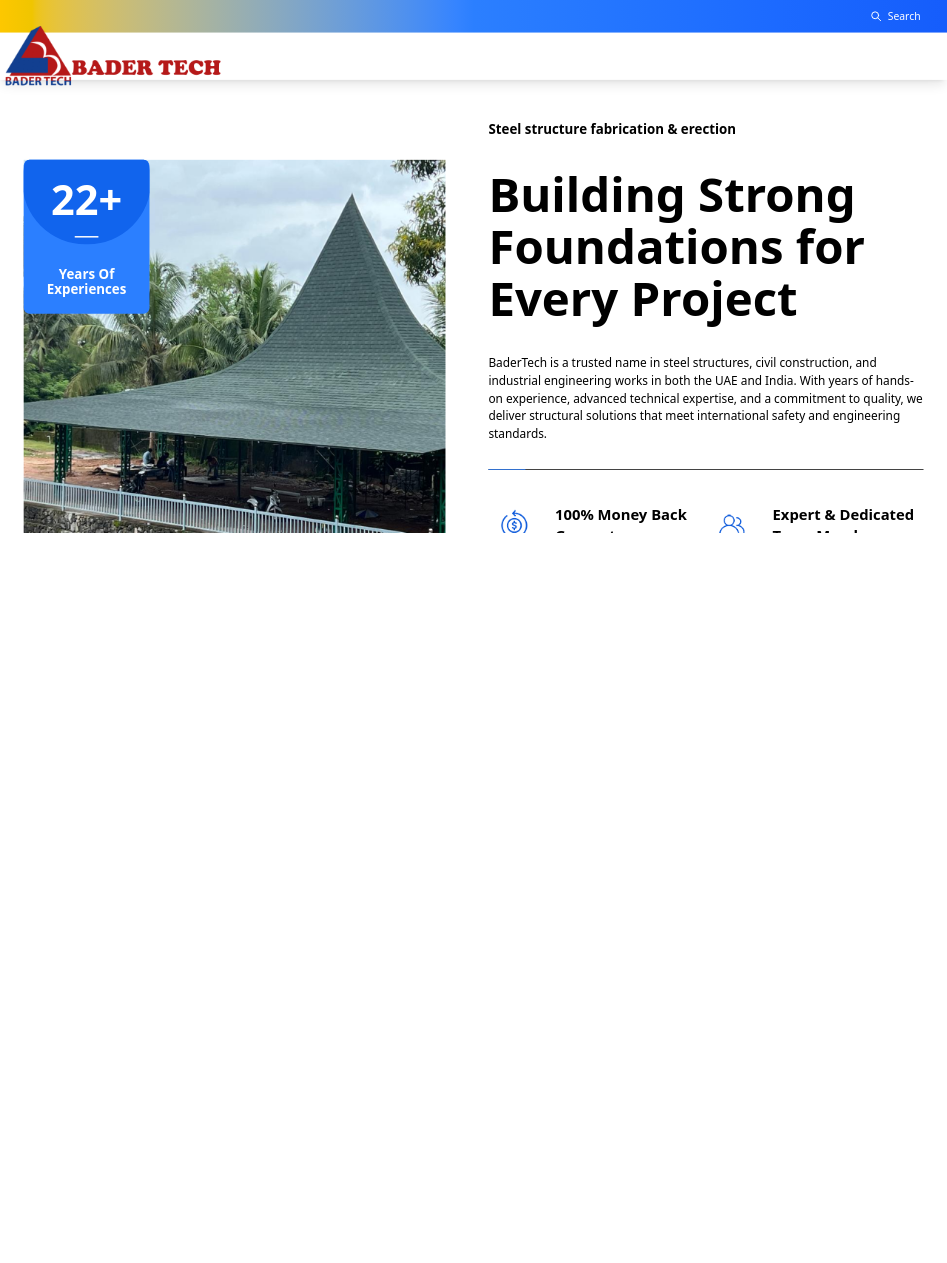
Repository: codenikin/uniquebader
Page: /awards
These files come from the project's save history. The page is drawn as it stood at one moment and after the next save; the edit follows.
The browser window is 1280 px wide. The pictures show the whole page, at 74% of full size.
The project was rebuilt for these pictures with package versions that can differ from the ones it lists, and the page was loaded fresh each time. The framework's server and built-in components were replaced by stand-ins that run in the browser. Also part of the build but not shown: next.config.mjs.

Above is the page before, as saved 2025-11-30 13:21:03.

### src/app/(frontend)/layout.tsx
import React from 'react'
// @ts-ignore: allow side-effect CSS import without type declarations
import './styles.css'
import { Providers } from '@/providers'
import { HeaderClient } from '../Header/component'

export const metadata = {
  description: 'A blank template using Payload in a Next.js app.',
  title: 'Payload Blank Template',
}

export default async function RootLayout(props: { children: React.ReactNode }) {
  const { children } = props

  return (
    <html lang="en">
      <body>
        <HeaderClient />
        <div id="smooth-wrapper">
          <div id="smooth-content">
            <Providers>{children}</Providers>
          </div>
        </div>
      </body>
    </html>
  )
}

### src/app/(frontend)/awards/page.tsx
import { Certificate } from '@/components/Certificate'
import Certificates from '@/components/CertificateZoom'
import FeatureSection from '@/components/FeatureSection'
export const dynamic = 'force-dynamic'
export default async function AwardPage() {
  return (
    <>
      <FeatureSection />
      <Certificate />
    </>
  )
}

### src/app/(frontend)/styles.css
@import 'tailwindcss';

.codenik {
  padding: 20px;
  position: relative;
  min-height: 100vh;
}
.unique {
  padding: 20px;
  position: relative;
  min-height: 100vh;
}
html,
body,
#app {
  height: 100%;
}

img {
  max-width: 100%;
  height: auto;
  display: block;
}

h1 {
  margin: 40px 0;
  font-size: 64px;
  line-height: 70px;
  font-weight: bold;

  @media (max-width: 1024px) {
    margin: 24px 0;
    font-size: 42px;
    line-height: 42px;
  }

  @media (max-width: 768px) {
    font-size: 38px;
    line-height: 38px;
  }

  @media (max-width: 400px) {
    font-size: 32px;
    line-height: 32px;
  }
}

p {
  margin: 24px 0;

  @media (max-width: 1024px) {
    margin: calc(var(--base) * 0.75) 0;
  }
}

a {
  color: currentColor;

  &:focus {
    opacity: 0.8;
    outline: none;
  }

  &:active {
    opacity: 0.7;
    outline: none;
  }
}

svg {
  vertical-align: middle;
}

.home {
  display: flex;
  flex-direction: column;
  justify-content: space-between;
  align-items: center;
  height: 100vh;
  padding: 45px;
  max-width: 1024px;
  margin: 0 auto;
  overflow: hidden;

  @media (max-width: 400px) {
    padding: 24px;
  }

  .content {
    display: flex;
    flex-direction: column;
    align-items: center;
    justify-content: center;
    flex-grow: 1;

    h1 {
      text-align: center;
    }
  }

  .links {
    display: flex;
    align-items: center;
    gap: 12px;

    a {
      text-decoration: none;
      padding: 0.25rem 0.5rem;
      border-radius: 4px;
    }

    .admin {
      color: rgb(0, 0, 0);
      background: rgb(1000, 1000, 1000);
      border: 1px solid rgb(0, 0, 0);
    }

    .docs {
      color: rgb(1000, 1000, 1000);
      background: rgb(0, 0, 0);
      border: 1px solid rgb(1000, 1000, 1000);
    }
  }

  .footer {
    display: flex;
    align-items: center;
    gap: 8px;

    @media (max-width: 1024px) {
      flex-direction: column;
      gap: 6px;
    }

    p {
      margin: 0;
    }

    .codeLink {
      text-decoration: none;
      padding: 0 0.5rem;
      background: rgb(60, 60, 60);
      border-radius: 4px;
    }
  }
}

### src/providers/index.tsx
import React from 'react'
import { ThemeLayoutAnimation } from './ThemeLayoutAnimation'

export const Providers: React.FC<{
  children: React.ReactNode
}> = ({ children }) => {
  return <ThemeLayoutAnimation>{children}</ThemeLayoutAnimation>
}

### src/app/Header/component.tsx
'use client'

export const HeaderClient: React.FC = () => {
  return (
    <header className="fixed top-0 left-0 right-0 w-full z-50 bg-white dark:bg-gray-900 shadow-lg transition-transform duration-300">
      <div className="w-full bg-linear-to-r from-yellow-400 via-blue-500 to-blue-600 text-white py-2">
        <div className="max-w-7xl mx-auto px-4 sm:px-6 lg:px-8 flex justify-end items-center space-x-4">
          <button
            id="search-trigger"
            className="p-1 hover:text-gray-200 transition-colors flex items-center space-x-2"
          >
            <svg className="w-4 h-4" fill="none" stroke="currentColor" viewBox="0 0 24 24">
              <path
                strokeLinecap="round"
                strokeLinejoin="round"
                strokeWidth="2"
                d="M21 21l-6-6m2-5a7 7 0 11-14 0 7 7 0 0114 0z"
              />
            </svg>
            <span className="text-sm">Search</span>
          </button>
        </div>
      </div>
      <div className="max-w-7xl mx-auto px-4 sm:px-6 lg:px-8">
        <div className="flex justify-between h-16">
          <a href="/" className="flex items-center -ml-4 sm:-ml-6 lg:-ml-8">
            <img src="/LOGOBADER-1.png" alt="Company Logo" className="h-6 w-auto sm:h-10" />
          </a>
        </div>
      </div>
    </header>
  )
}

### src/components/Certificate.tsx
'use client'
import { useState } from 'react'

const certificate = [
  {
    title: 'Transportation',
    description:
      'Our transportation solutions help cities and companies improve safety, reduce congestion, and provide better services to their customers.',
    image: '/certificate/4-1.jpg',
    link: '/transportation',
  },
  {
    title: 'Critical Infrastructure',
    description:
      'Our solutions help protect critical infrastructure from cyber attacks and other threats, ensuring that essential services are always available.',
    image: '/certificate/5-1.jpg',
    link: '/Critical-Infrastructure/critical-infrastructure',
  },
  {
    title: 'Traffic',
    description:
      'Our traffic management solutions help reduce congestion, improve safety, and make transportation more efficient for everyone.',
    image: '/certificate/6.jpg',
    link: '/Traffic/traffic',
  },
]

export const Certificate: React.FC = (props) => {
  const [zoomedImage, setZoomedImage] = useState<string | null>(null)

  return (
    <section className="py-2 px-4 bg-white mt-32">
      <div className="max-w-7xl mx-auto">
        <h2 className="text-5xl font-anton text-center text-gray-900 mb-16 animate-fade-in relative">
          Our Certificates
          <span className="block w-24 h-1 bg-linear-to-r from-purple-500 to-pink-500 mx-auto mt-4"></span>
        </h2>

        <div className="grid grid-cols-1 md:grid-cols-2 lg:grid-cols-3 gap-10 mt-32 mb-32">
          {certificate.map((solution, index) => (
            <div
              key={index}
              className="group relative overflow-hidden rounded-xl shadow-2xl transform transition-all duration-500 hover:scale-105 hover:shadow-purple-500/25 cursor-pointer"
              onClick={() => setZoomedImage(solution.image)}
            >
              <div className="relative h-[600px] sm:h-[450px] w-full  rounded-b-2xl">
                <img
                  src={solution.image}
                  alt={solution.title}
                  className="w-full h-full object-contain transition-transform duration-700 group-hover:scale-102"
                />
                <div className="absolute inset-0 bg-blue-500 transparent opacity-5 group-hover:opacity-50 transition-opacity duration-500"></div>
              </div>
            </div>
          ))}
        </div>
      </div>

      {/* Zoom Modal */}
      {zoomedImage && (
        <div
          className="fixed inset-0 bg-black bg-opacity-75 flex items-center justify-center z-50 p-4"
          onClick={() => setZoomedImage(null)}
        >
          <div className="relative max-w-4xl max-h-[90vh] flex items-center justify-center">
            <img
              src={zoomedImage}
              alt="Zoomed certificate"
              className="max-w-full max-h-screen object-contain"
              onClick={(e) => e.stopPropagation()}
            />
            <button
              onClick={() => setZoomedImage(null)}
              className="absolute top-4 right-4 bg-white text-black rounded-full w-10 h-10 flex items-center justify-center text-2xl hover:bg-gray-200 transition"
            >
              ✕
            </button>
          </div>
        </div>
      )}
    </section>
  )
}

### src/components/FeatureSection.tsx
'use client'
import Link from 'next/link'
import aboutIcon from '/images/about-icon1.png'
import aboutIcon2 from '/images/about-icon2.png'
import aboutIcon3 from '/images/about-icon3.png'
import aboutIcon4 from '/images/about-icon4.png'
import aboutShape from '/images/about-shape.png'
import aboutShape2 from '/images/about-shape2.png'

import CountUp from 'react-countup'
import { GoArrowRight } from 'react-icons/go'

const FeatureSection = () => {
  return (
    <section className="mt-32 bg-BodyBg-0 bg-no-repeat bg-center bg-cover relative p-8">
      <div className="Container max-w-7xl mx-auto">
        <div className="grid grid-cols-1 lg:grid-cols-2 gap-10 md:gap-[92px] lg:gap-10 2xl:gap-[92px] items-center">
          <div className="relative z-10">
            <img src="/bader.png" draggable="false" />
            <div className="absolute top-0 left-0">
              <div className="bg-blue-500 pb-6 pt-5 flex flex-col justify-between overflow-hidden rounded-lg h-[117px] sm:h-[208px] lg:h-[180px] xl:h-[208px] w-[92px] sm:w-[170px] lg:w-[140px] xl:w-[170px] items-center text-center relative z-10 before:absolute before:top-1/2 before:-translate-y-1/2 before:left-1/2 before:-translate-x-1/2 before:w-0 sm:before:w-8 before:h-[2px] before:bg-white after:absolute after:-top-14 after:-left-[2px] after:w-0 sm:after:w-[174px] after:h-[170px] after:bg-[#1164ED] after:-z-10 after:rounded-full">
                <CountUp
                  start={-9}
                  end={22}
                  suffix="+"
                  className="text-3xl sm:text-[56px] font-Rajdhani font-bold text-white"
                />
                <h6 className="font-Rajdhani text-sm leading-4 sm:text-lg sm:leading-5 font-semibold text-white">
                  Years Of <br /> Experiences
                </h6>
              </div>
            </div>
            <img
              src="/about-shape.png"
              draggable="false"
              className="absolute bottom-6 right-10 -z-10 animate-movebtn hidden sm:block"
            />
          </div>
          <div className="relative">
            <h5 className="font-Rajdhani text-lg font-semibold text-PrimaryColor-0">
              Steel structure fabrication & erection
            </h5>
            <h1 className="font-Rajdhani font-bold text-xl leading-7 sm:text-[34px] sm:leading-[44px] md:text-[44px] md:leading-[54px] lg:text-[30px] lg:leading-[40px] xl:text-[36px] xl:leading-[46px] 2xl:text-[42px] 2xl:leading-[52px] text-HeadingColor-0 mt-[18px] mb-3">
              Building Strong <br />
              Foundations for Every Project
            </h1>
            <p className="font-Nunito text-TextColor2-0 pb-9 border-b border-BorderColor2-0 relative before:absolute before:left-0 before:-bottom-px before:w-[50px] before:h-px before:bg-blue-500 animate-dance4">
              BaderTech is a trusted name in steel structures, civil construction, and industrial
              engineering works in both the UAE and India. With years of hands-on experience,
              advanced technical expertise, and a commitment to quality, we deliver structural
              solutions that meet international safety and engineering standards.
            </p>
            <div className="grid grid-cols-1 sm:grid-cols-2 gap-y-[30px] my-10">
              <div className="flex gap-5 items-center">
                <div className="w-[70px] h-[70px] rounded bg-white flex justify-center items-center">
                  <img src="/about-icon1.png" draggable="false" />
                </div>
                <div className="flex-1">
                  <h5 className="font-Rajdhani font-semibold text-[22px] lg:text-base xl:text-xl 2xl:text-[22px] text-HeadingColor-0">
                    100% Money Back Gaurentee
                  </h5>
                </div>
              </div>
              <div className="flex gap-5 items-center">
                <div className="w-[70px] h-[70px] rounded bg-white flex justify-center items-center">
                  <img src="about-icon2.png" draggable="false" />
                </div>
                <div className="flex-1">
                  <h5 className="font-Rajdhani font-semibold text-[22px] lg:text-base xl:text-xl 2xl:text-[22px] text-HeadingColor-0">
                    Expert & Dedicated Team Members
                  </h5>
                </div>
              </div>
              <div className="flex gap-5 items-center">
                <div className="w-[70px] h-[70px] rounded bg-white flex justify-center items-center">
                  <img src="about-icon3.png" draggable="false" />
                </div>
                <div className="flex-1">
                  <h5 className="font-Rajdhani font-semibold text-[22px] lg:text-base xl:text-xl 2xl:text-[22px] text-HeadingColor-0">
                    24/7 Free Tehcnical Supports
                  </h5>
                </div>
              </div>
              <div className="flex gap-5 items-center">
                <div className="w-[70px] h-[70px] rounded bg-white flex justify-center items-center">
                  <img src="about-icon4.png" draggable="false" />
                </div>
                <div className="flex-1">
                  <h5 className="font-Rajdhani font-semibold text-[22px] lg:text-base xl:text-xl 2xl:text-[22px] text-HeadingColor-0">
                    100% Customers Satisfaction
                  </h5>
                </div>
              </div>
            </div>
            {/* <Link href={'/about'}>
              <button className="primary-btn">
                {`Discover More`}
                <GoArrowRight size={'22'} />
              </button>
            </Link>
            <img
              src="/about-shape2.png"
              draggable="false"
              className="absolute bottom-0 left-1/2 animate-swing hidden sm:block"
            /> */}
          </div>
        </div>
      </div>
    </section>
  )
}

export default FeatureSection

### src/providers/ThemeLayoutAnimation/index.tsx
'use client'
import { useEffect, useState, createContext } from 'react'
import { usePathname } from 'next/navigation'
import { ScrollAnimation } from '@/common/scrollAnimation'
import type { ThemeLayoutAnimationContextType } from './types'

const initialContext: ThemeLayoutAnimationContextType = {
  setSettings: () => null,
  settings: undefined,
}

const BasicContext = createContext(initialContext)
export const ThemeLayoutAnimation = ({ children }: { children: React.ReactNode }) => {
  const router = usePathname()
  const [settings, setSettings] = useState(null)

  useEffect(() => {
    const timeout = setTimeout(() => {
      ScrollAnimation()
    }, 100)

    return () => clearTimeout(timeout)
  }, [])

  useEffect(() => {
    ScrollAnimation()
  }, [router])

  return (
    <>
      <BasicContext value={{ setSettings, settings }}>{children}</BasicContext>
    </>
  )
}

### src/common/scrollAnimation.js
import { gsap } from 'gsap'
import ScrollTrigger from 'gsap/ScrollTrigger'
import ScrollSmoother from 'gsap/ScrollSmoother'
import ScrollToPlugin from 'gsap/ScrollToPlugin'

export const ScrollAnimation = () => {
  gsap.registerPlugin(ScrollTrigger, ScrollSmoother, ScrollToPlugin)

  ScrollSmoother.create({
    smooth: 1,
    effects: true,
    smoothTouch: 0.1,
  })

  const codenikSection = document.querySelector('.codenik')
  if (codenikSection) {
    let animatedBg = document.getElementById('codenik-animated-bg')
    if (!animatedBg) {
      animatedBg = document.createElement('div')
      animatedBg.id = 'codenik-animated-bg'
      animatedBg.style.cssText = `
      position: absolute;
      top: 0;
      left: 0;
      width: 100%;
      height: 100%;
      background: linear-gradient(45deg,rgba(21, 19, 19, 255) 0%,rgba(21, 19, 19, 255) 100%);
      z-index: -1;
      clip-path: polygon(100% 0%, 100% 0%, 100% 100%, 150% 100%);
    `
      codenikSection.appendChild(animatedBg)
    }

    // Setup container
    codenikSection.style.position = 'relative'
    codenikSection.style.minHeight = '100vh'
    codenikSection.style.backgroundColor = 'transparent'

    // Select all text elements
    const textElements = codenikSection.querySelectorAll('h1, h2, h3, h4, h5, h6, p, span, a, div')

    // Add transition to text elements
    textElements.forEach((el) => {
      if (el instanceof HTMLElement) {
        el.style.transition = 'color 0.2s ease'
        el.style.color = '#191717ff' // Initial color
      }
    })

    gsap.registerPlugin(ScrollTrigger)

    const tl = gsap.timeline({
      scrollTrigger: {
        trigger: codenikSection,
        start: 'top center',
        end: 'top top',
        scrub: 1,
        markers: false,
        onUpdate: (self) => {
          // Get the current position of the dark background
          const bgRect = animatedBg.getBoundingClientRect()
          const bgLeftEdge = bgRect.left

          // Check each text element against the background position
          textElements.forEach((el) => {
            if (el instanceof HTMLElement) {
              const elementRect = el.getBoundingClientRect()
              const elementCenter = elementRect.left + elementRect.width / 2

              // If background has passed over this element
              if (elementCenter > bgLeftEdge) {
                gsap.to(el, {
                  color: '#000000',
                  duration: 0.2,
                })
              } else {
                gsap.to(el, {
                  color: '#000000',
                  duration: 0.2,
                })
              }
            }
          })
        },
      },
    })
    tl.to('#codenik-animated-bg', {
      clipPath: 'polygon(-100% 0%, 100% 0%, 100% 100%, -25% 100%)',
      duration: 1,
      ease: 'none',
    })
  }
  const aboutSection = document.querySelector('.unique')
  if (aboutSection) {
    // Set initial styles
    aboutSection.style.position = 'relative'
    aboutSection.style.minHeight = '100vh'
    aboutSection.style.background = 'linear-gradient(45deg,rgb(21, 19, 19) 0%,rgb(20, 26, 20) 100%)'

    const textElements = aboutSection.querySelectorAll(
      'p, h2,h3, .unique-text, .unique-text-sm, .unique-text-md, a',
    )

    // Set initial text color to white
    textElements.forEach((el) => {
      el.style.color = '#000000'
      if (el.tagName.toLowerCase() === 'a') {
        el.style.transition = 'color 0.3s ease'
      }
    })

    // Create timeline for scroll-based animation
    const tl = gsap.timeline({
      scrollTrigger: {
        trigger: aboutSection,
        start: 'top center', // Start when top of section hits center
        end: 'center center', // End when center of section hits center
        scrub: 1,
        markers: false,
        toggleActions: 'play none none reverse',
        onUpdate: (self) => {
          const progress = self.progress
          const textColor = progress >= 0.5 ? '#000000' : '#ffffff'
          textElements.forEach((el) => {
            gsap.to(el, {
              color: textColor,
              duration: 0.1,
            })
          })
        },
      },
    })

    // Single color transition at 50% scroll
    tl.to('.unique', {
      background: '#ffffff',
      duration: 1,
      ease: 'power2.inOut',
    })
  }
}

After the next save:
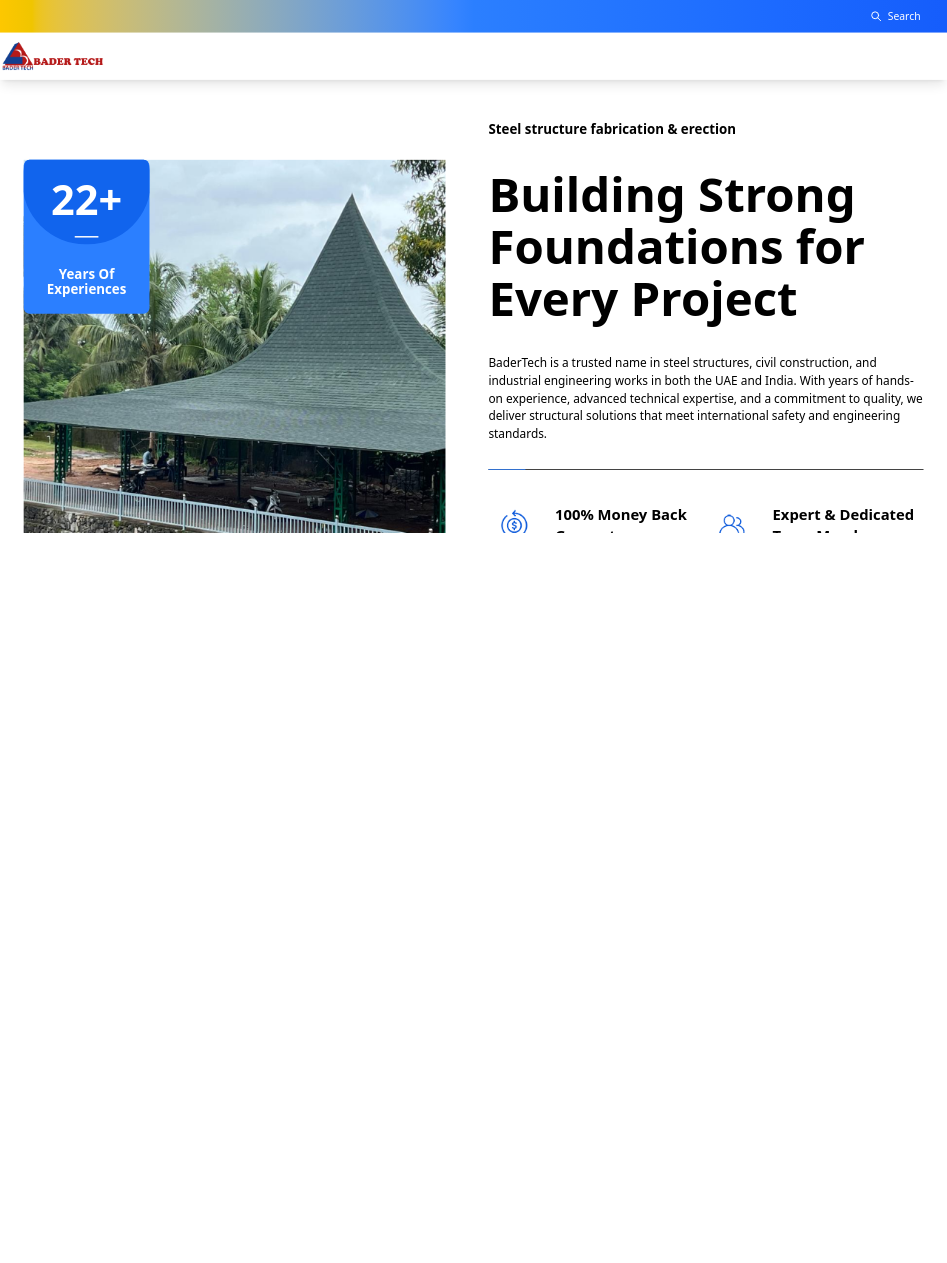
Saved 59 s later.
--- a/src/app/(frontend)/styles.css
+++ b/src/app/(frontend)/styles.css
@@ -14,12 +14,6 @@
 body,
 #app {
   height: 100%;
-}
-
-img {
-  max-width: 100%;
-  height: auto;
-  display: block;
 }
 
 h1 {
